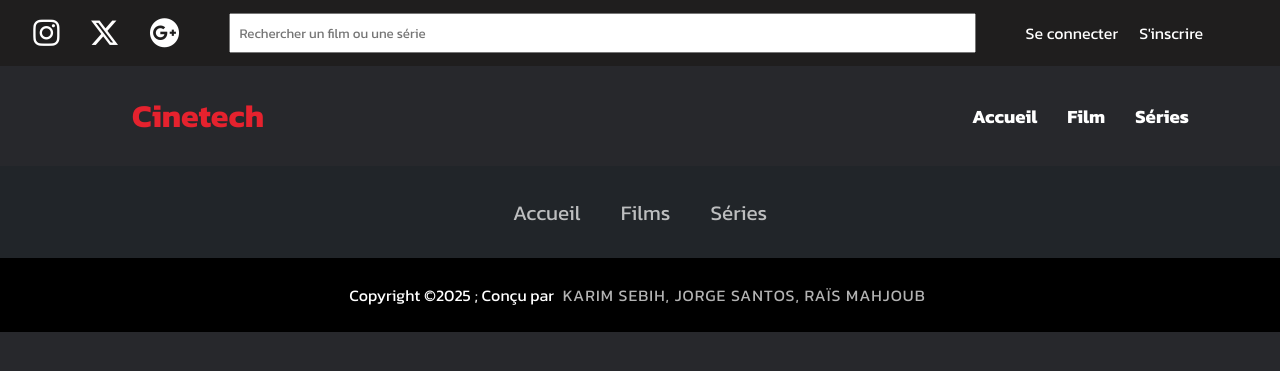
Repository: karim-sebih/cinetech
Page: pages/film.html
The author's editor kept a copy of each file at every save. The page is drawn from the files as they stood at one save, then again after the next save.
The browser window is 1280 px wide. The pictures show the whole page.
Some web libraries are served in a nearby version.

Above is the page before, as saved 2025-04-24 09:44:48.

### pages/film.html
<!DOCTYPE html>
<html lang="en">
<head>
    <meta charset="UTF-8">
    <meta name="viewport" content="width=device-width, initial-scale=1.0">
    <link rel="stylesheet" href="/styles/film.css">
    <script src="https://kit.fontawesome.com/ca3234fc7d.js" crossorigin="anonymous"></script>

    <link rel="preconnect" href="https://fonts.googleapis.com">
<link rel="preconnect" href="https://fonts.gstatic.com" crossorigin>
<link href="https://fonts.googleapis.com/css2?family=Kanit:ital,wght@0,100;0,200;0,300;0,400;0,500;0,600;0,700;0,800;0,900;1,100;1,200;1,300;1,400;1,500;1,600;1,700;1,800;1,900&display=swap" rel="stylesheet">

    <title>film</title>
</head>
<body>
    <header>
        <nav class="navbar">
            <div class="buttons">
                <a href="#"><i class="fa-brands fa-instagram"></i></a>

                <a href="#"><i class="fa-brands fa-x-twitter"></i></a>

                <a href="#"><i class="fa-brands fa-google-plus"></i></a>
            </div>
            <div class="search-container">
                <input type="text" id="search-bar" placeholder="Rechercher un film ou une série" autocomplete="off">
                <button id="clear-search">x</button>
                <div id="suggestions" class="suggestion-box"></div>
            </div>

                <div class="sign">
                    <a href="#">Se connecter</a>
                    <a href="#">S'inscrire</a>
                </div>
        </nav>
    </header>
    <div class="secondnav">
        <div class="cinetech">
            <H1>Cinetech</H1>
        </div>
        <div class="nav">
            <a href="../index.html"><h3>Accueil</h3></a>

            <a href="./film.html"><h3>Film</h3></a>

            <a href="./series.html"><H3>Séries</H3></a>
        </div>
    </div>


    <footer>
        <div class="footerContainer">
            <div class="footerNav">
                <ul>
                    <li><a href="./index.html">Accueil</a></li>
                    <li><a href="/pages/film.html">Films</a></li>
                    <li><a href="./pages/series.html">Séries</a></li>
                </ul>
            </div>
<div class="footerBottom">
                <p>Copyright &copy;2025 ; Conçu par <span class="designer">Karim Sebih, Jorge Santos, Raïs Mahjoub</span></p>
            </div>
        </div>
    </footer>
</body>
</html>

### styles/film.css
* {
    margin: 0;
    padding: 0;
    box-sizing: border-box;
    font-family: "Kanit", sans-serif;
  }


  a {
    text-decoration: none;
    color: white;

  }

  body {
    margin: 0;
    width: 100%;
    min-height: 100vh;
    overflow-x: auto;
    background-color: rgb(39, 40, 44);
    color: white;
  }

  /* Nav bar */

  a{
    text-decoration: none;
    color: white;
  }

  a:hover{
  color: red;
  }

  header{
  position: relative;
  padding: 0.2rem;
  background-color: rgb(31, 30, 30);
  }

  .navbar {
  margin-left: 10px;
  width: 100%;
  max-width: 1200px;
  height: 60px;
  margin: 0;
  display: flex;
  align-items: center;
  gap: 50px;

  }

.buttons{
  padding-left: 30px;
  display: flex;
  align-items: center;
 justify-content: space-between;
 gap: 30px;
 font-size: 30px;
}


.search-container {
  position: relative;
  width: 70%;
  display: flex;

  align-items: center;
}

#search-bar {
  width: 100%;
  height: 100%;
  padding: 8px;


  padding-right: 30px;
}

#clear-search {
  position: absolute;
  top:5px;
  right: 30px;
  background: transparent;
  border: none;
  font-size: 16px;
  cursor: pointer;
  display: none; /* Caché par défaut */
}

.suggestion-box {
  position: absolute;
  width: 100%;
  background: white;

  max-height: 150px;
  overflow-y: auto;
  z-index: 1000;
  top: 35px;
}

.suggestion-item {
  padding: 8px;
  cursor: pointer;
}

.suggestion-item:hover {
  background: #f0f0f0;
}

#clear-search {
  background: none;
  border: none;
  font-size: 20px;
  color: black; /* X en noir */
  cursor: pointer;
  margin-bottom: 12px;
}


.sign{
  display: flex;
  align-items: center;
 justify-content: space-between;
  flex-wrap:wrap-reverse;
  width: 200px;

  right: 50%;

}

 /*second nav*/

.secondnav{
    width: 100%;
    height: 100px;
    display: flex;
    align-items: center;
    gap: 200px;
    border: 10px;


}

h1 {
  padding-left: 100%;
  color: #e5222e  ;

}

.nav{

  display: flex;
  gap: 30px;
  margin-left: 50%;

}


/*Footer*/

footer {
    padding: 0;
    margin: 0;
    box-sizing: border-box;
  }

  footer {
    background-color: #111;
  }

  .footerContainer {
    width: 100%;
  padding-top: 1px;
    background-color: #212529;
  }

  .socialIcons {
    display: flex;
    justify-content: center;

  }

  .socialIcons a {
    text-decoration: none;
    padding: 9px;
    background-color: white;
    margin: 10px;
    border-radius: 50%;
  }

  .socialIcons a i {
    font-size: 2em;
    color: black;
    opacity: 0, 9;
  }

  /* Hover affect on social media icon */
  .socialIcons a:hover {
    background-color: #111;
    transition: 0.5s;
  }

  .socialIcons a:hover i {
    color: white;
    transition: 0.5s;
  }

  .footerNav {
    margin: 30px 0;
  }

  .footerNav ul {
    display: flex;
    justify-content: center;
    list-style-type: none;
  }

  .footerNav ul li a {
    color: white;
    margin: 20px;
    text-decoration: none;
    font-size: 1.3em;
    opacity: 0.7;
    transition: 0.5s;

  }

  .footerNav ul li a:hover {
    opacity: 1;
  }

  .footerBottom {
    background-color: #000;
    padding: 25px;
    text-align: center;
  }

  .footerBottom p {
    color: white;
  }


  .designer {
    opacity: 0.7;
    text-transform: uppercase;
    letter-spacing: 1px;
    font-weight: 400;
    margin: 0px 5px;
  }

  @media (max-width:990px) {
    .footerNav ul {
      flex-direction: column;
    }
    .footerNav ul li {
      width: 100%;
      text-align: center;
      margin:10px;
    }


    @media (max-width:599px) {
      .footerNav ul {
        flex-direction: column;
      }
      .footerNav ul li {
        width: 100%;
        text-align: center;
        margin:10px;
      }
    }
  }

### styles/detail.css
* {
    margin: 0;
    padding: 0;
    box-sizing: border-box;
    font-family: "Kanit", sans-serif;
  }


  a {
    text-decoration: none;
    color: white;

  }

  body {
    margin: 0;
    width: 100%;
    min-height: 100vh;
    overflow-x: auto;
    background-color: rgb(39, 40, 44);
    color: white;
  }

  /* Nav bar */

  a{
    text-decoration: none;
    color: white;
  }

  a:hover{
  color: red;
  }

  header{
  position: relative;
  padding: 0.2rem;
  background-color: rgb(31, 30, 30);
  }

  .navbar {
  margin-left: 10px;
  width: 100%;
  max-width: 1200px;
  height: 60px;
  margin: 0;
  display: flex;
  align-items: center;
  gap: 50px;

  }



.buttons{
  padding-left: 30px;
  display: flex;
  align-items: center;
 justify-content: space-between;
 gap: 30px;
 font-size: 30px;
}


.search-container {
  position: relative;
  width: 70%;
  display: flex;

  align-items: center;
}

#search-bar {
  width: 100%;
  height: 100%;
  padding: 8px;


  padding-right: 30px;
}

#clear-search {
  position: absolute;
  top:5px;
  right: 30px;
  background: transparent;
  border: none;
  font-size: 16px;
  cursor: pointer;
  display: none; /* Caché par défaut */
}

.suggestion-box {
  position: absolute;
  width: 100%;
  background: white;

  max-height: 150px;
  overflow-y: auto;
  z-index: 1000;
  top: 35px;
}

.suggestion-item {
  padding: 8px;
  cursor: pointer;
}

.suggestion-item:hover {
  background: #f0f0f0;
}

/* Ajout dans styles/index.css */
.suggestion-box {
  position: absolute;
  width: 100%;
  background: white;
  max-height: 150px;
  overflow-y: auto;
  z-index: 1000;
  top: 40px;
  border-radius: 4px;
  box-shadow: 0 2px 5px rgba(0, 0, 0, 0.1);
}

.suggestion-item {
  padding: 8px;
  cursor: pointer;
  color: black;
}

.suggestion-item:hover {
  background: #f0f0f0;
}

#clear-search {
  background: none;
  border: none;
  font-size: 20px;
  color: black;
  cursor: pointer;
  margin-bottom: 12px;
}



.sign{
  display: flex;
  align-items: center;
 justify-content: space-between;
  flex-wrap:wrap-reverse;
  width: 200px;

  right: 50%;

}

 /*second nav*/

.secondnav{
    width: 100%;
    height: 100px;
    display: flex;
    align-items: center;
    gap: 200px;
    border: 10px;


}

h1 {
  padding-left: 100%;
  color: #e5222e  ;

}

.nav{

  display: flex;
  gap: 30px;
  margin-left: 40%;

}


/* Ajouter ces styles à la fin de detail.css */

/* Conteneur principal des détails */
.details-container {
  max-width: 1200px;
  margin: 30px auto;
  padding: 20px;
  background-color: #1a1a1a;
  border-radius: 10px;
  box-shadow: 0 4px 8px rgba(0, 0, 0, 0.3);
}

/* Contenu des détails (image + texte) */
.details-content {
  display: flex;
  gap: 30px;
  flex-wrap: wrap;
}

/* Affiche */
.details-poster {
  width: 300px;
  height: auto;
  border-radius: 8px;
  object-fit: cover;
}

/* Texte des détails */
.details-text {
  flex: 1;
  display: flex;
  flex-direction: column;
  gap: 15px;
}

.details-text h2 {
  font-size: 2.2em;
  color: #e5222e;
}

.details-text .overview {
  font-size: 1.1em;
  line-height: 1.5;
}

.details-text p {
  font-size: 1em;
}

.details-text strong {
  color: #e5222e;
}

/* Bouton Ajouter aux favoris */
.favorite-btn {
  background-color: #e5222e;
  color: white;
  border: none;
  padding: 10px 20px;
  border-radius: 5px;
  cursor: pointer;
  font-size: 1em;
  transition: background-color 0.3s ease;
  width: fit-content;
}

.favorite-btn:hover {
  background-color: #c41d27;
}

/* Message d'erreur */
.error-message {
  text-align: center;
  font-size: 1.2em;
  color: #ff5555;
}

/* Responsivité */
@media (max-width: 768px) {
  .details-content {
    flex-direction: column;
    align-items: center;
  }

  .details-poster {
    width: 200px;
  }

  .details-text h2 {
    font-size: 1.8em;
  }
}


.similar-container {
  max-width: 1200px;
  margin: 40px auto;
  padding: 20px;
  background-color: #1a1a1a;
  border-radius: 10px;
  box-shadow: 0 4px 8px rgba(0, 0, 0, 0.3);
}

.similar-container h2 {
  font-size: 1.8em;
  color: #e5222e;
  margin-bottom: 20px;
}

.similar-items {
  display: flex;
  gap: 20px;
  overflow-x: auto;
  padding-bottom: 10px;
}


.similar-item {
  flex: 0 0 auto;
  width: 200px;
  text-align: center;
}

.similar-poster {
  width: 100%;
  height: auto;
  border-radius: 8px;
  margin-bottom: 10px;
}

.similar-item h3 {
  font-size: 1.1em;
  margin-bottom: 10px;
  color: white;
  white-space: nowrap;
  overflow: hidden;
  text-overflow: ellipsis;
}


.similar-item .details-btn {
  background-color: #e5222e;
  color: white;
  border: none;
  padding: 8px 16px;
  border-radius: 5px;
  cursor: pointer;
  font-size: 0.9em;
  transition: background-color 0.3s ease;
}

.similar-item .details-btn:hover {
  background-color: #c41d27;
}

/* Responsivité */
@media (max-width: 768px) {
  .similar-items {
    gap: 15px;
  }

  .similar-item {
    width: 150px;
  }

  .similar-item h3 {
    font-size: 0.9em;
  }

  .similar-item .details-btn {
    padding: 6px 12px;
    font-size: 0.8em;
  }
}
footer {
    padding: 0;
    margin: 0;
    box-sizing: border-box;
  }

  footer {
    background-color: #111;
  }

  .footerContainer {
    width: 100%;
  padding-top: 1px;
    background-color: #212529;
  }

  .socialIcons {
    display: flex;
    justify-content: center;

  }

  .socialIcons a {
    text-decoration: none;
    padding: 9px;
    background-color: white;
    margin: 10px;
    border-radius: 50%;
  }

  .socialIcons a i {
    font-size: 2em;
    color: black;
    opacity: 0, 9;
  }

  /* Hover affect on social media icon */
  .socialIcons a:hover {
    background-color: #111;
    transition: 0.5s;
  }

  .socialIcons a:hover i {
    color: white;
    transition: 0.5s;
  }

  .footerNav {
    margin: 30px 0;
  }

  .footerNav ul {
    display: flex;
    justify-content: center;
    list-style-type: none;
  }

  .footerNav ul li a {
    color: white;
    margin: 20px;
    text-decoration: none;
    font-size: 1.3em;
    opacity: 0.7;
    transition: 0.5s;

  }

  .footerNav ul li a:hover {
    opacity: 1;
  }

  .footerBottom {
    background-color: #000;
    padding: 25px;
    text-align: center;
  }

  .footerBottom p {
    color: white;
  }


  .designer {
    opacity: 0.7;
    text-transform: uppercase;
    letter-spacing: 1px;
    font-weight: 400;
    margin: 0px 5px;
  }

  @media (max-width:990px) {
    .footerNav ul {
      flex-direction: column;
    }
    .footerNav ul li {
      width: 100%;
      text-align: center;
      margin:10px;
    }


    @media (max-width:599px) {
      .footerNav ul {
        flex-direction: column;
      }
      .footerNav ul li {
        width: 100%;
        text-align: center;
        margin:10px;
      }
    }
  }

After the next save:
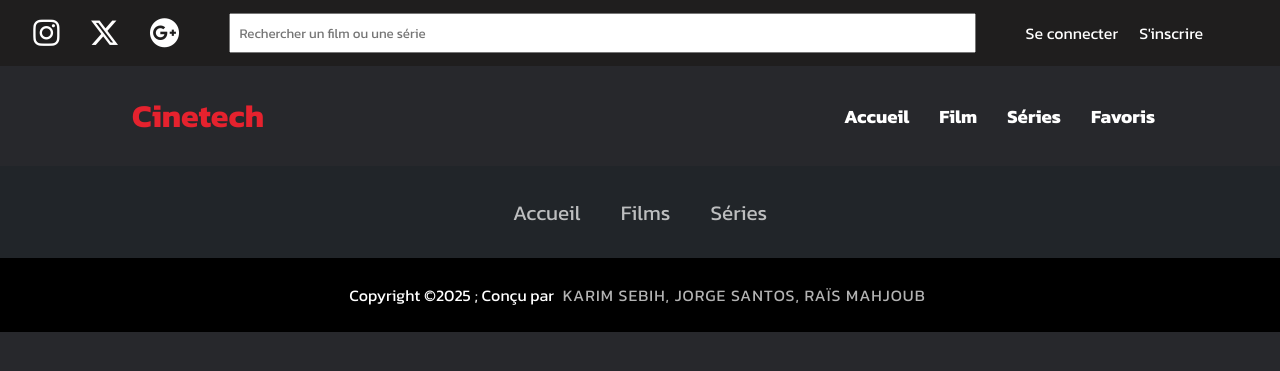
Saved 9 s later.
--- a/pages/film.html
+++ b/pages/film.html
@@ -1,25 +1,21 @@
 <!DOCTYPE html>
-<html lang="en">
+<html lang="fr">
 <head>
     <meta charset="UTF-8">
     <meta name="viewport" content="width=device-width, initial-scale=1.0">
-    <link rel="stylesheet" href="/styles/film.css">
+    <link rel="stylesheet" href="../styles/detail.css">
     <script src="https://kit.fontawesome.com/ca3234fc7d.js" crossorigin="anonymous"></script>
-
     <link rel="preconnect" href="https://fonts.googleapis.com">
-<link rel="preconnect" href="https://fonts.gstatic.com" crossorigin>
-<link href="https://fonts.googleapis.com/css2?family=Kanit:ital,wght@0,100;0,200;0,300;0,400;0,500;0,600;0,700;0,800;0,900;1,100;1,200;1,300;1,400;1,500;1,600;1,700;1,800;1,900&display=swap" rel="stylesheet">
-
-    <title>film</title>
+    <link rel="preconnect" href="https://fonts.gstatic.com" crossorigin>
+    <link href="https://fonts.googleapis.com/css2?family=Kanit:ital,wght@0,100;0,200;0,300;0,400;0,500;0,600;0,700;0,800;0,900;1,100;1,200;1,300;1,400;1,500;1,600;1,700;1,800;1,900&display=swap" rel="stylesheet">
+    <title>Détail</title>
 </head>
 <body>
     <header>
         <nav class="navbar">
             <div class="buttons">
                 <a href="#"><i class="fa-brands fa-instagram"></i></a>
-
                 <a href="#"><i class="fa-brands fa-x-twitter"></i></a>
-
                 <a href="#"><i class="fa-brands fa-google-plus"></i></a>
             </div>
             <div class="search-container">
@@ -27,23 +23,21 @@
                 <button id="clear-search">x</button>
                 <div id="suggestions" class="suggestion-box"></div>
             </div>
-
-                <div class="sign">
-                    <a href="#">Se connecter</a>
-                    <a href="#">S'inscrire</a>
-                </div>
+            <div class="sign">
+                <a href="#">Se connecter</a>
+                <a href="#">S'inscrire</a>
+            </div>
         </nav>
     </header>
     <div class="secondnav">
         <div class="cinetech">
-            <H1>Cinetech</H1>
+            <h1>Cinetech</h1>
         </div>
         <div class="nav">
             <a href="../index.html"><h3>Accueil</h3></a>
-
             <a href="./film.html"><h3>Film</h3></a>
-
-            <a href="./series.html"><H3>Séries</H3></a>
+            <a href="./series.html"><h3>Séries</h3></a>
+            <a href="./favoris.html"><h3>Favoris</h3></a>
         </div>
     </div>
 
